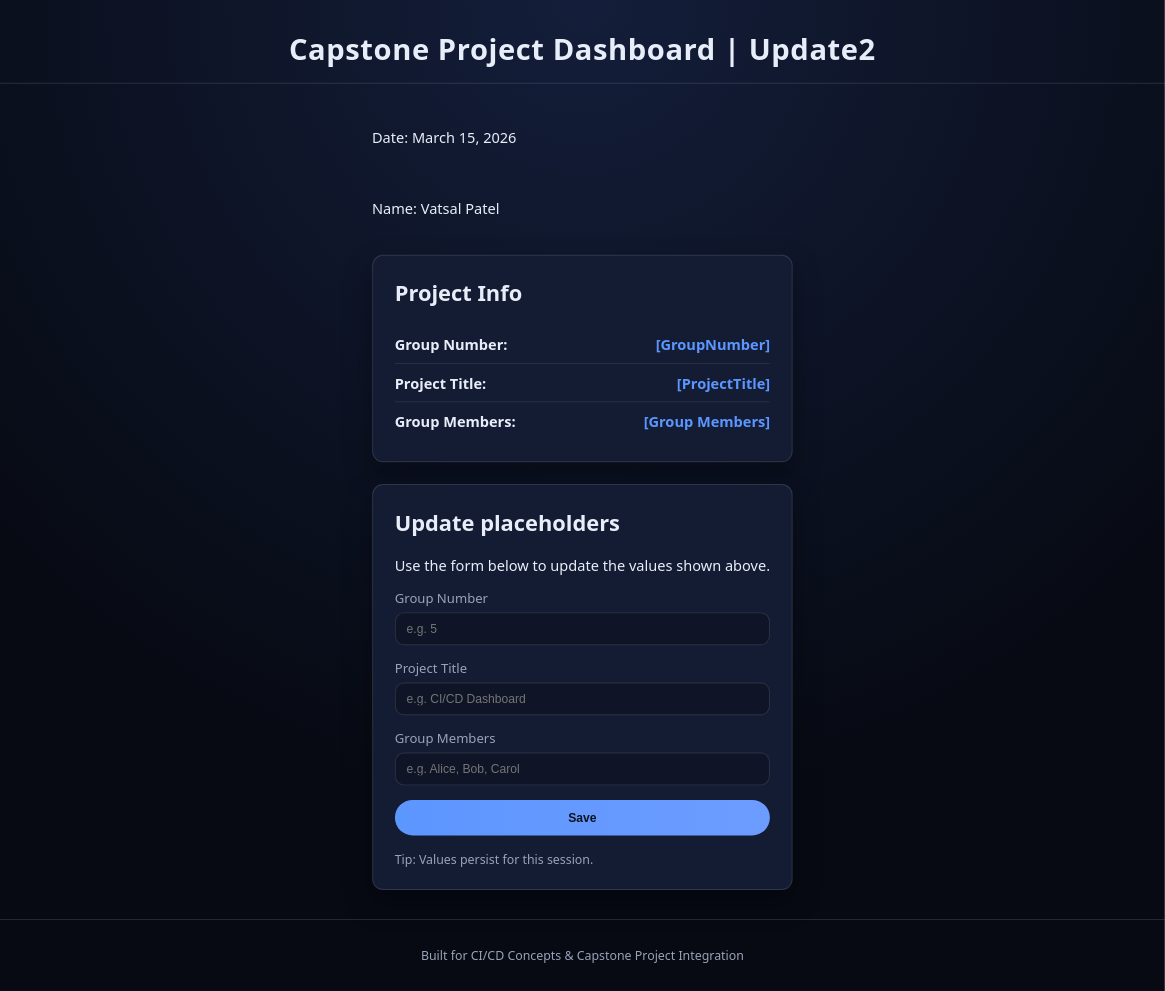
Repository: vatsalpatel3009/GroupNumber6_Cicd
Page: myapp/index.html
The author's editor kept a copy of each file at every save. The page is drawn from the files as they stood at one save, then again after the next save.
The browser window is 1280 px wide. The pictures show the whole page, at 91% of full size.

Above is the page before, as saved 2026-03-17 15:17:58.

After the next save:
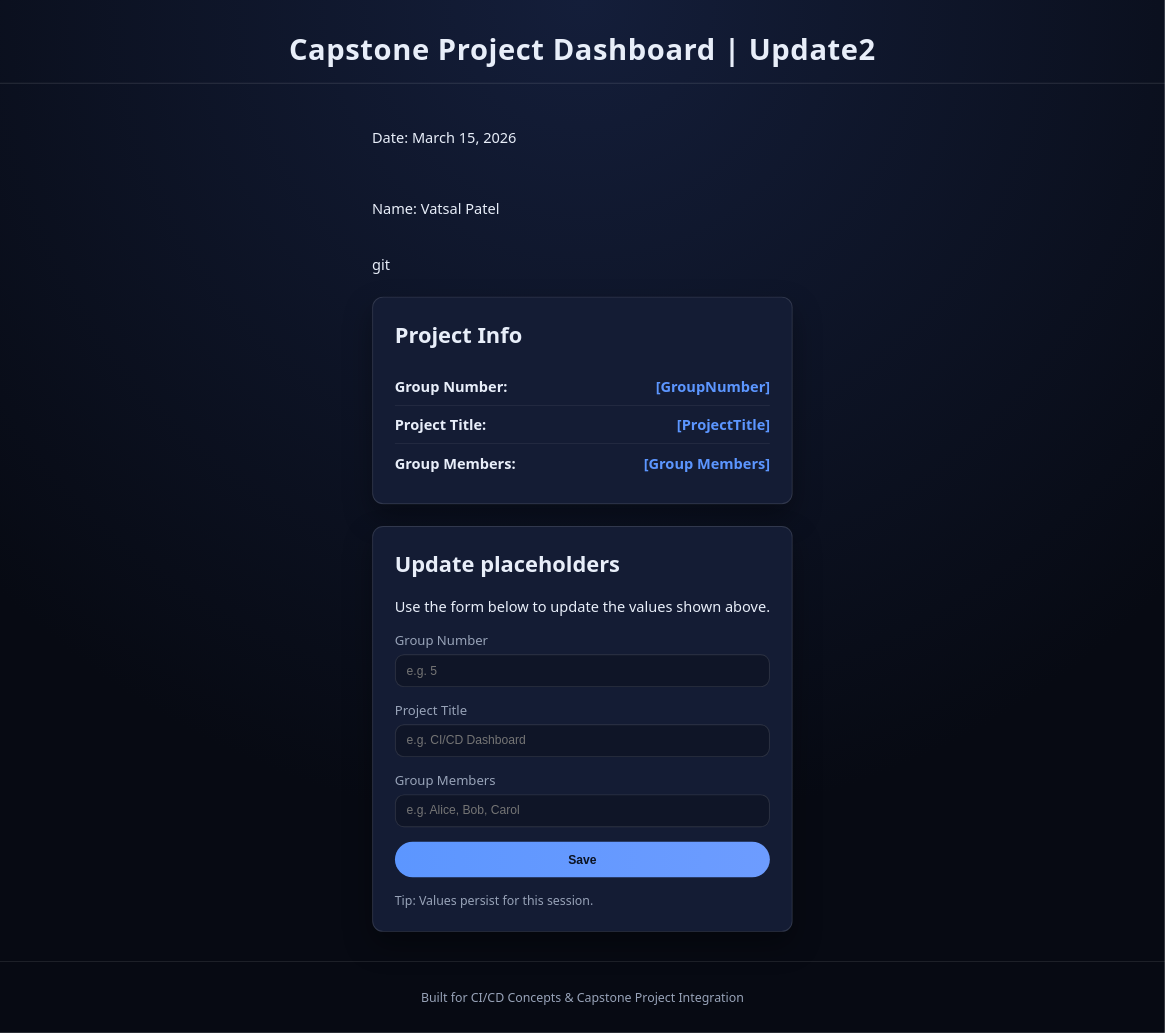
Saved 17 s later.
--- a/myapp/index.html
+++ b/myapp/index.html
@@ -13,7 +13,7 @@
 
   <main class="content">
       <p>Date: March 15, 2026</p>
-      <p>Name: Vatsal Patel</p>
+      <p>Name: Vatsal Patel</p>git
 
     <section class="card">
       <h2>Project Info</h2>

After the save that followed:
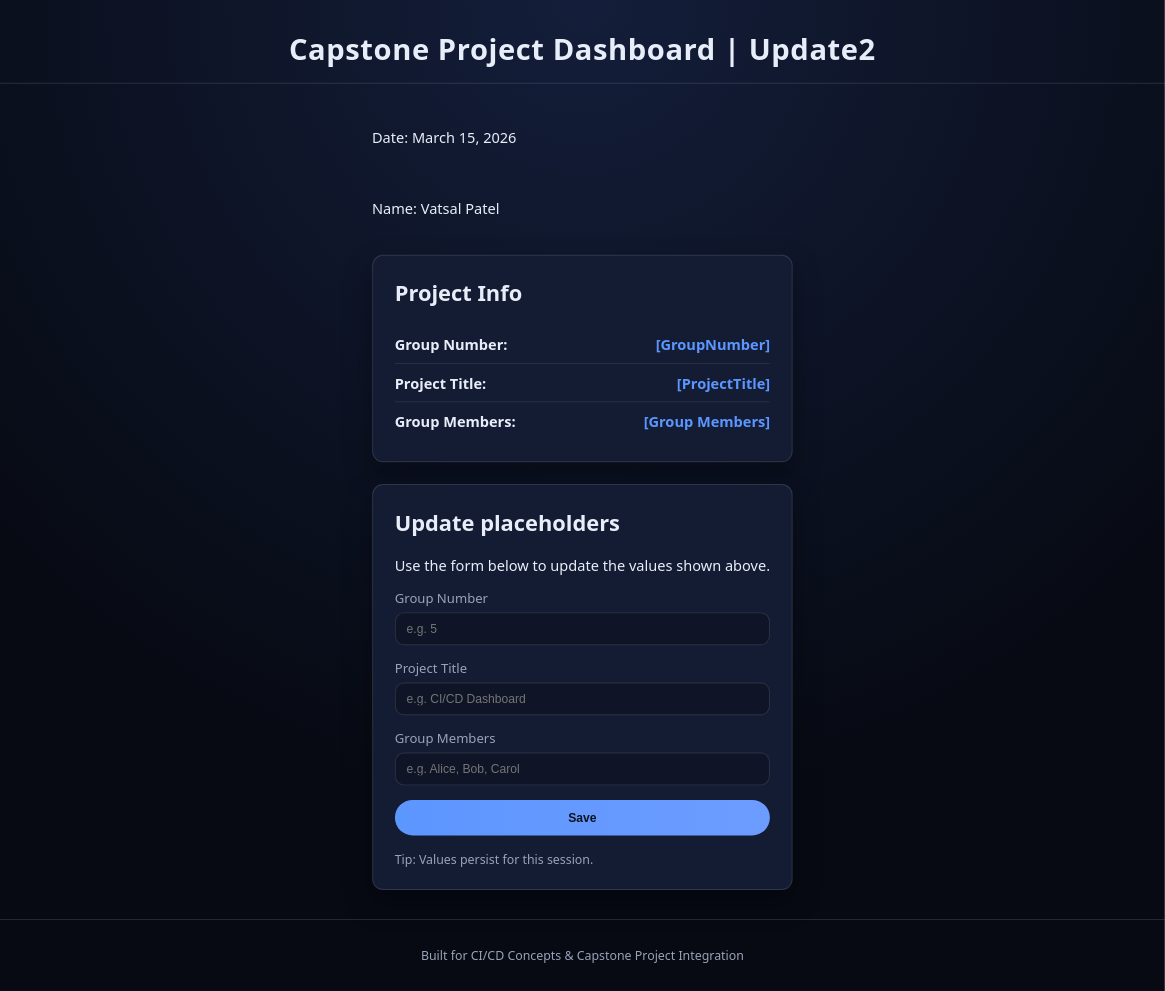
Saved 8 s later.
--- a/myapp/index.html
+++ b/myapp/index.html
@@ -13,7 +13,7 @@
 
   <main class="content">
       <p>Date: March 15, 2026</p>
-      <p>Name: Vatsal Patel</p>git
+      <p>Name: Vatsal Patel</p>
 
     <section class="card">
       <h2>Project Info</h2>
